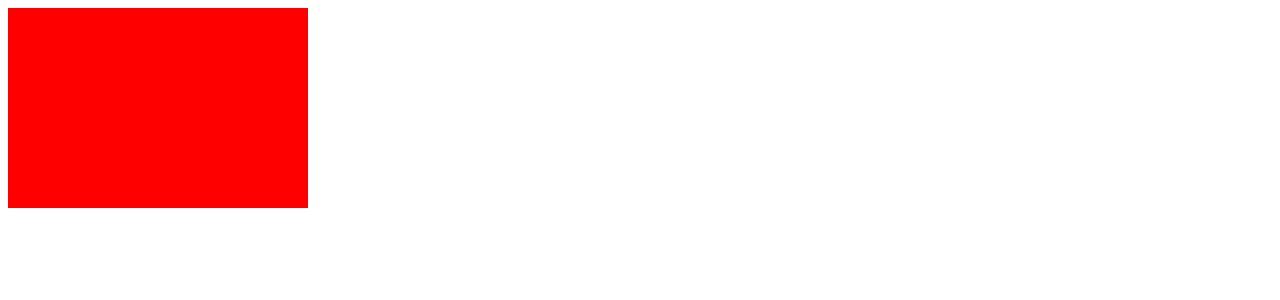
Repository: LstHeart/html-learning
Page: css/双飞翼布局.html
The author's editor kept a copy of each file at every save. The page is drawn from the files as they stood at one save, then again after the next save.
The browser window is 1280 px wide. The pictures show the whole page.

Above is the page before, as saved 2021-01-06 21:25:18.

### css/双飞翼布局.html
<!DOCTYPE html>
<html lang="en">
<head>
    <meta charset="UTF-8">
    <meta name="viewport" content="width=device-width, initial-scale=1.0">
    <title>双飞翼布局</title>
    <link rel="stylesheet" href="双飞翼.css">
</head>
<body>
    <div class="container">
        <div class="column left"></div>
        <div class="column center"></div>
        <div class="column right"></div>
    </div>
</body>
</html>

### css/双飞翼.css
.container{
    width: 100%;
}
.column{
    float:left;
    height: 200px;
}
.left{
    width: 300px;
    background-color: #f00;
}
.left{
    width: 300px;
    background-color: #f00;
}
.left{
    width: 300px;
    background-color: #f00;
}

After the next save:
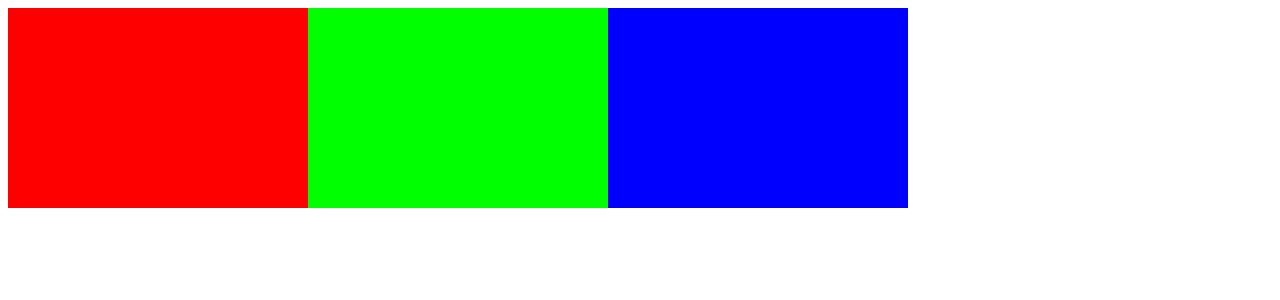
Saved 33 s later.
--- a/css/双飞翼.css
+++ b/css/双飞翼.css
@@ -9,11 +9,11 @@
     width: 300px;
     background-color: #f00;
 }
-.left{
+.center{
     width: 300px;
-    background-color: #f00;
+    background-color: #0f0;
 }
-.left{
+.right{
     width: 300px;
-    background-color: #f00;
+    background-color: #00f;
 }
